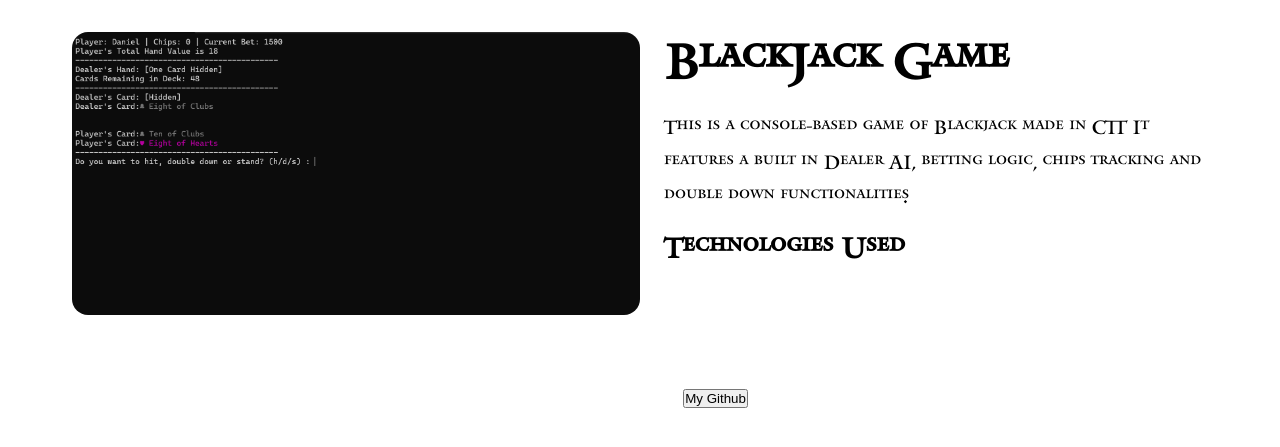
Repository: danielchohan/danielchohan
Page: pages/blackjack.html
These files come from the project's save history. The page is drawn as it stood at one moment and after the next save; the edit follows.
The browser window is 1280 px wide. The pictures show the whole page.

Above is the page before, as saved 2026-05-08 19:36:36.

### pages/blackjack.html
<!DOCTYPE html>
<html lang="en">
<head>
    <meta charset="UTF-8">
    <meta name="viewport" content="width=device-width, initial-scale=1.0">
    <title>Blackjack Project</title>
    <link rel="stylesheet" href="../styles/projectcard.css">
    <link rel="stylesheet" href="../styles/global.css">
</head>

<section class="projectcard">

<img alt="Screenshot of a round of Blackjack" src="../assets/images/blackjack.png">

<div class="projectinfo">
    <h1>BlackJack Game</h1>

    <p> This is a console-based game of Blackjack made in C#
        It features a built in Dealer AI, betting logic, chips tracking and double down functionalities.
     </p>

     <h2> Technologies Used </h2>
     <ul>
        <li>C#</li>
        <li>.NET Frameworks</li>
        <li>Object-Oriented-Programming</li>
     </ul>

     <div class="projectbutton">
        <a href="https://github.com/danielchohan/BlackJack">
            <button>My Github</button>
        </a>
     </div>

</div>

</section>
<body>

</body>
</html>

### styles/projectcard.css

.projectcard{
    display:flex;
    flex-direction:column;
    gap:1.5rem;
    padding:1.5rem;
    max-width:1200px;
    margin: 0 auto;
}

.projectcard img{
    width:100%;
    border-radius:1rem;
    object-fit: cover;
    max-height: 400px;
}

.projectinfo{
    display:flex;
    flex-direction:column;
    gap:1rem;
}

// https://developer.mozilla.org/en-US/docs/Web/CSS/Reference/Values/clamp
// Researched to find this for font size and make it fluid
.projectinfo h1{
    font-size:clamp(1.8rem, 4vw, 3rem);
    color:white;
}

.projectinfo p{
    line-height:1.8;
    font-size: clamp(1rem, 2vw, 1.2rem);
    color:white;
}
.projectinfo h2{
    font-size:clamp(1.3 rem, 3vw, 1.75rem);
    color:white;
}

.projectinfo ul{
    padding-left: 1.5rem;
    color:white;
    font-size:clamp(1rem, 2vw, 1.2rem);
}

.projectbutton{
    display:flex;
    gap:1rem;
    flex-wrap:wrap;
}

.projectbutton a{
    padding: 0.6em 1.2em;
    font-size: 1rem;
    border:none;
    border-radius:0.4rem;
    background:white;
    color:black;
}

@media(min-width: 768px){
    .projectcard{
        padding:2rem;
    }
    .projectinfo h1{
        font-size:2.5rem;
        color:black;
    }
    .projectinfo p{
        font-size:1.2rem;
        color:black;
    }
    .projectinfo h2{
        font-size:1.75rem;
        color:black;
    }
}

@media (min-width:1024px) {
    .projectcard{
        flex-direction: row;
        align-items:flex-start;
    }

    .projectinfo h1{
        font-size:3rem;
        color:black;
    }

    .projectcard img{
        width:50%;
    }
    .projectinfo{
        width:50%;
    }
}

### styles/global.css
@font-face {
    font-family: EldenFont;
    src: url(../assets/fonts/Mantinia\ Regular.otf);
    font-weight: normal;
    font-style: normal;
}
body{
    font-family:EldenFont, serif;
}
*{
    margin: 0;
    padding: 0;
    box-sizing: border-box;
}
.pagebg{
    min-height: 100vh;
    width:100%;

   background: url(../assets/images/Liurnia.jpg);
    background-size:cover;
    display:flex;
    justify-content: center;
    align-items: center;

    padding: 1rem;
}

/* Nav Bar */
.logo{
    font-size: 1.5rem;
    display:flex;

}
.topbar{
    position:fixed;
    top:0;
    width:100%;
    padding:  1rem 2rem;
    display: flex;
    justify-content: space-between;
    align-items: center;
    background:rgba(0,0,0,0.4);
    backdrop-filter:blur(4px);
    color:white;
    z-index: 10;
}
/* Mobile option first */
.navlinks{
    display:none;
}
.navlinks.active{
    display:flex;
    flex-direction: column;
    position:absolute;
    list-style: none;
    top:100%;
    right:0;
    width:100%;
    background:rgba(0,0,0,0.4);
    text-align: center;
}

.navlinks a{
    color: white;
    font-size: 1.75rem;
}

.burgerbar{
    display:flex;
    flex-direction: column;
    gap:0.35rem;
    cursor:pointer;
}
.burgerbar span{
    width:1.7rem;
    height:0.2rem;
    background:white;
    border-radius: 2rem;;
}
@media (min-width:768px) {
    .burgerbar{
        display:none;
    }
    .navlinks{
        display:flex;
        list-style: none;
        gap:3rem;
    }
}
@media(min-width:1024px){
    .navlinks{
        gap:4rem;
    }
    .logo{
        font-size:1.8rem;
    }
}

After the next save:
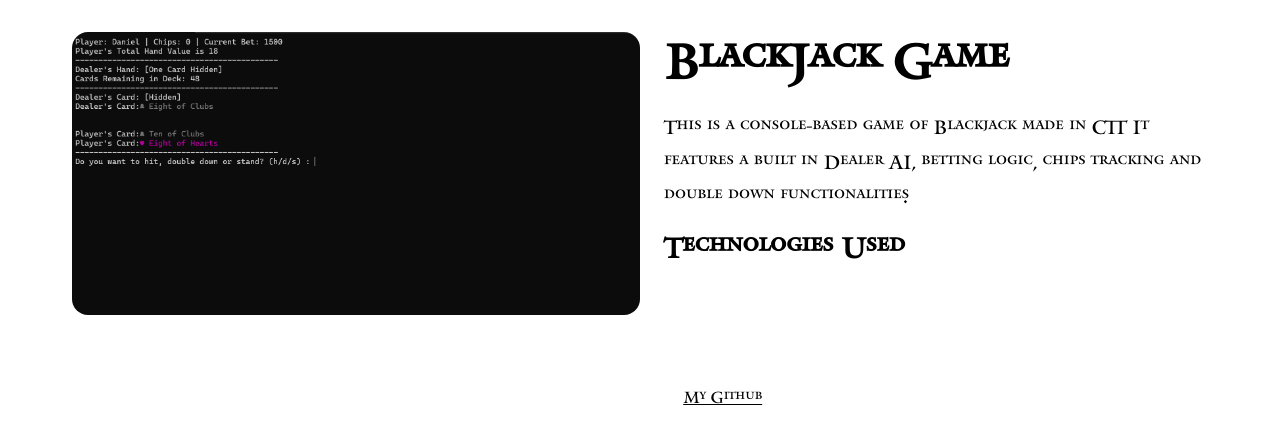
Saved 47 s later.
--- a/pages/blackjack.html
+++ b/pages/blackjack.html
@@ -27,9 +27,7 @@
      </ul>
 
      <div class="projectbutton">
-        <a href="https://github.com/danielchohan/BlackJack">
-            <button>My Github</button>
-        </a>
+        <a href="https://github.com/danielchohan/BlackJack">My Github</a>
      </div>
 
 </div>
